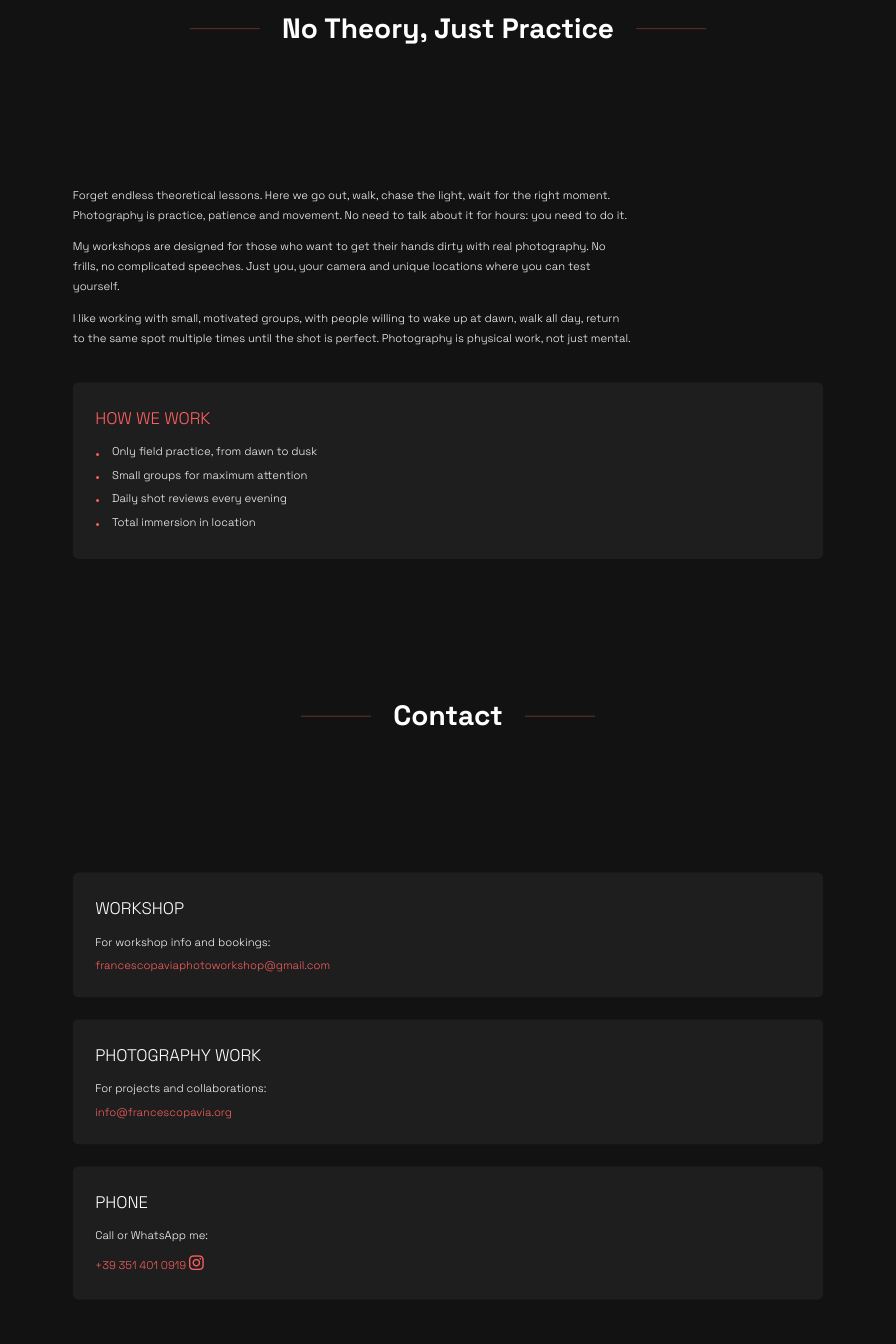
Repository: philipkdpavkia/photo-auto
Page: index.html
The author's editor kept a copy of each file at every save. The page is drawn from the files as they stood at one save, then again after the next save.
The browser window is 1280 px wide. The pictures show the part of the page from y = 2652 to 4572 px (the page is 4572 px tall), at 70% of full size.

Above is the page before, as saved 2024-11-18 22:43:05.
Console error: SyntaxError: Identifier 'currentLang' has already been declared

After the next save:
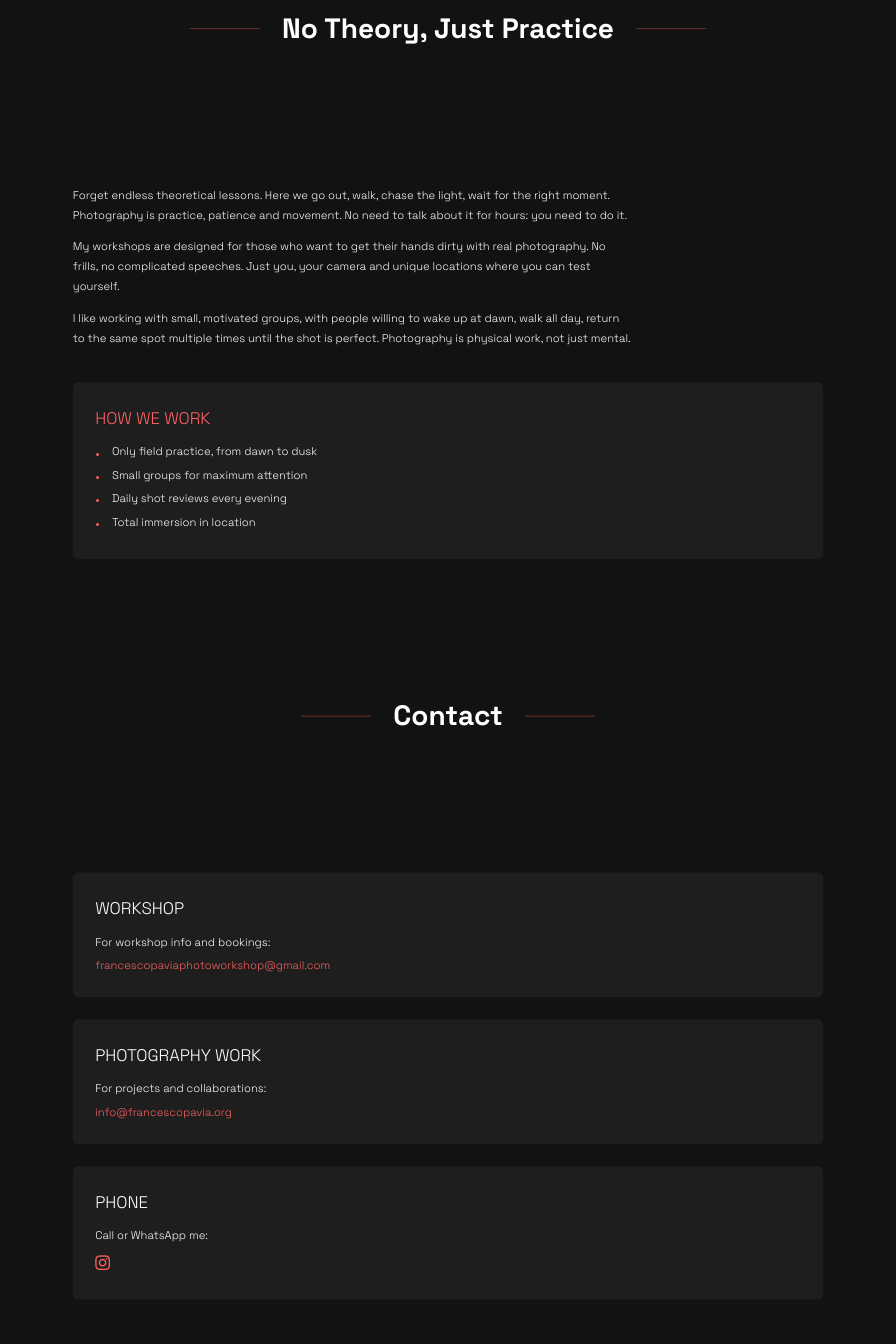
Saved 99 s later.
--- a/index.html
+++ b/index.html
@@ -201,16 +201,13 @@
        Phone
       </h3>
       <p>
-       Call or WhatsApp:
-      </p>
-      <a href="tel:+393514010919">
-       +39 351 401 0919
-      </a>
-    </a>
-    <a class="instagram-link" href="https://instagram.com/fpphotoworkshop" rel="noopener" target="_blank">
-     <i class="fab fa-instagram">
-     </i>
-    </a>
+       Instagram
+      </p>
+      <a class="instagram-link" href="https://instagram.com/fpphotoworkshop" rel="noopener" target="_blank">
+        <i class="fab fa-instagram">
+        </i>
+       </a>
+
      </div>
     </div>
    </section>
